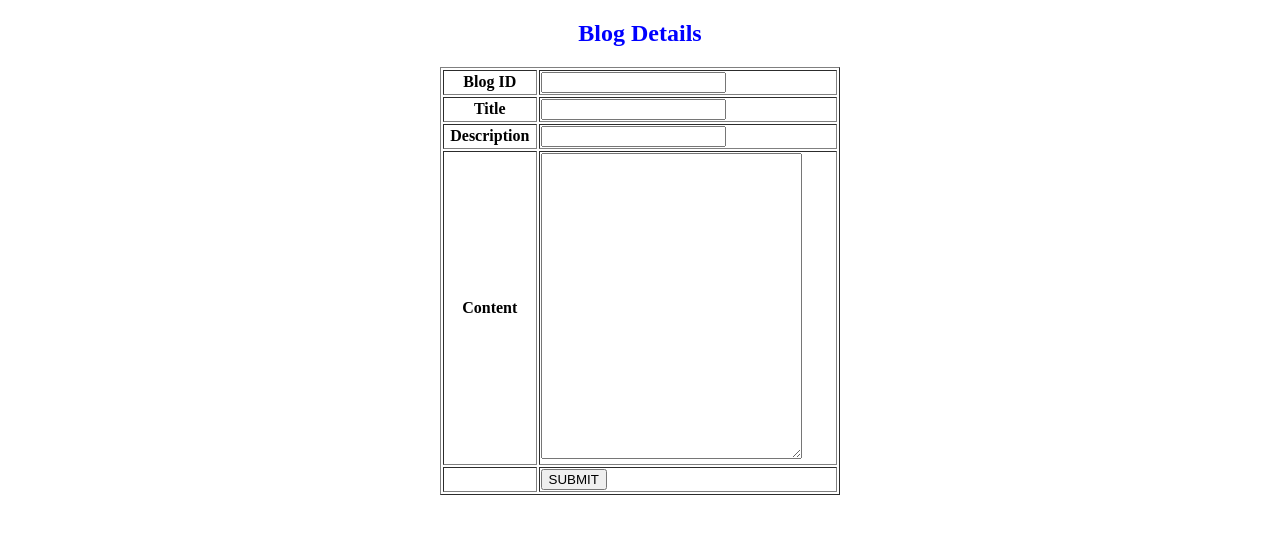
Repository: choubeyshubham018/CompleteJavaQuestions
Page: http://localhost/Ques_17_ServletBlogApplication/blog.jsp
The author's editor kept a copy of each file at every save. The page is drawn from the files as they stood at one save, then again after the next save.
The browser window is 1280 px wide. The pictures show the whole page.
The page is served by Tomcat 9.

Above is the page before, as saved 2023-09-19 07:22:53.

After the next save:
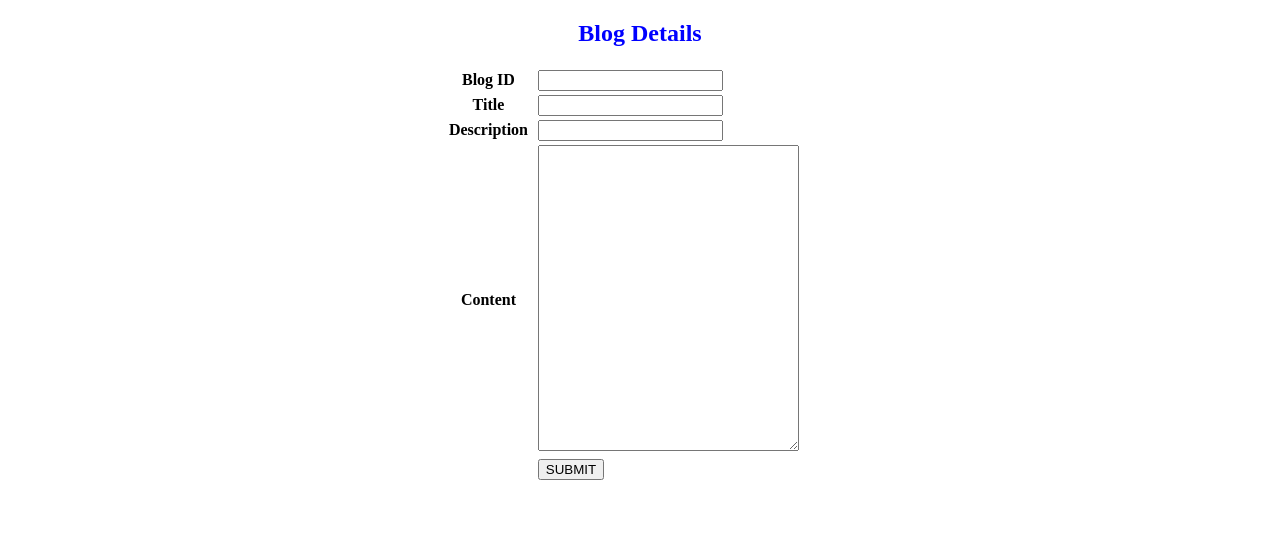
Saved 30 s later.
--- a/Servlet Assignment/Ques_17_ServletBlogApplication/src/main/webapp/blog.jsp
+++ b/Servlet Assignment/Ques_17_ServletBlogApplication/src/main/webapp/blog.jsp
@@ -9,7 +9,7 @@
 <body>
 <h2 style="text-align: center; color: blue;"> Blog Details</h2>
 <form action="/blog" method="post">
-<table align="center" border="1" width="400 px">
+<table align="center" width="400 px">
 <tr>
 	<th>Blog ID  </th>
 	<td><input type="text" name="bid"></td>
